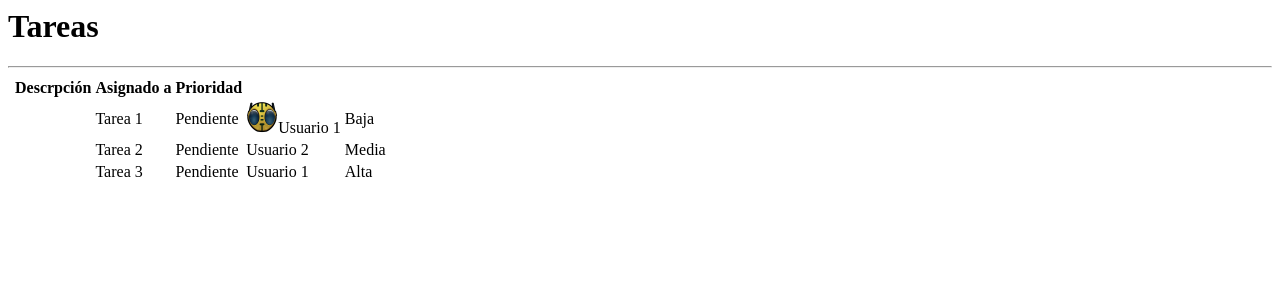
Repository: jhonatan810/waAdministradirdeTareas
Page: AdministradordeTareas/WebContent/paginas/tareas.html
These files come from the project's save history. The page is drawn as it stood at one moment and after the next save; the edit follows.
The browser window is 1280 px wide. The pictures show the whole page.

Above is the page before, as saved 2016-10-31 16:51:53.

### AdministradordeTareas/WebContent/paginas/tareas.html
<h1>Tareas</h1>

<hr>

<div class="table-responsive">
	<table class="table table-hover">
		<thead>
			<th></th>
			<th>
				Descrpci&oacute;n
			</th>
			<th>
				Asignado a
			</th>
			<th class="text-right">
				Prioridad
			</th>
		</thead>
		<tbody>
			<tr>
				<td href="#" class="btn btn-default">
					<pan class="glyphicon glyphicon-pencil"></pan>
				</td>
				<td href="#" class="btn btn-default">
					<pan class="glyphicon glyphicon-remove"></pan>
				</td>
				<td>Tarea 1</td>
				<td>Pendiente</td>
				<td><img src ="imagenes/Bioman32x32.png">Usuario 1</td>
				<td class="text-right">
					<div class="col-md-12 text-center prioridad-baja">
						Baja
					</div>
				</td>
				<td></td>
			</tr>
			<tr>
				<td href="#" class="btn btn-default">
					<pan class="glyphicon glyphicon-pencil"></pan>
				</td>
				<td href="#" class="btn btn-default">
					<pan class="glyphicon glyphicon-remove"></pan>
				</td>
				<td>Tarea 2</td>
				<td>Pendiente</td>
				<td>Usuario 2</td>
				<td class="text-right">
					<div class="col-md-12 text-center prioridad-media">
						Media
					</div>
				</td>
				<td></td>
			</tr>
			<tr>
				<td href="#" class="btn btn-default">
					<pan class="glyphicon glyphicon-pencil"></pan>
				</td>
				<td href="#" class="btn btn-default">
					<pan class="glyphicon glyphicon-remove"></pan>
				</td>
				<td>Tarea 3</td>
				<td>Pendiente</td>
				<td>Usuario 1</td>
				<td class="text-right">
					<div class="col-md-12 text-center prioridad-alta">
						Alta
					</div>
				</td>
				<td></td>
			</tr>
		</tbody>
	</table>
</div>

After the next save:
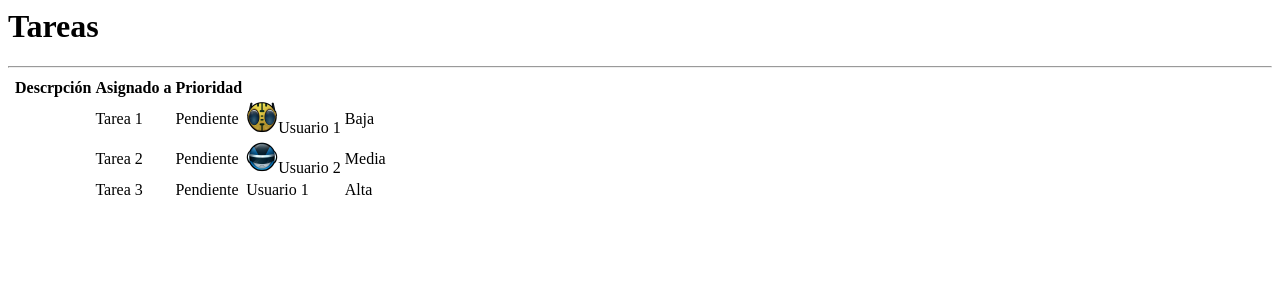
Saved 29 s later.
--- a/AdministradordeTareas/WebContent/paginas/tareas.html
+++ b/AdministradordeTareas/WebContent/paginas/tareas.html
@@ -43,7 +43,7 @@
 				</td>
 				<td>Tarea 2</td>
 				<td>Pendiente</td>
-				<td>Usuario 2</td>
+				<td><img src ="imagenes/Blue32x32.png">Usuario 2</td>
 				<td class="text-right">
 					<div class="col-md-12 text-center prioridad-media">
 						Media
